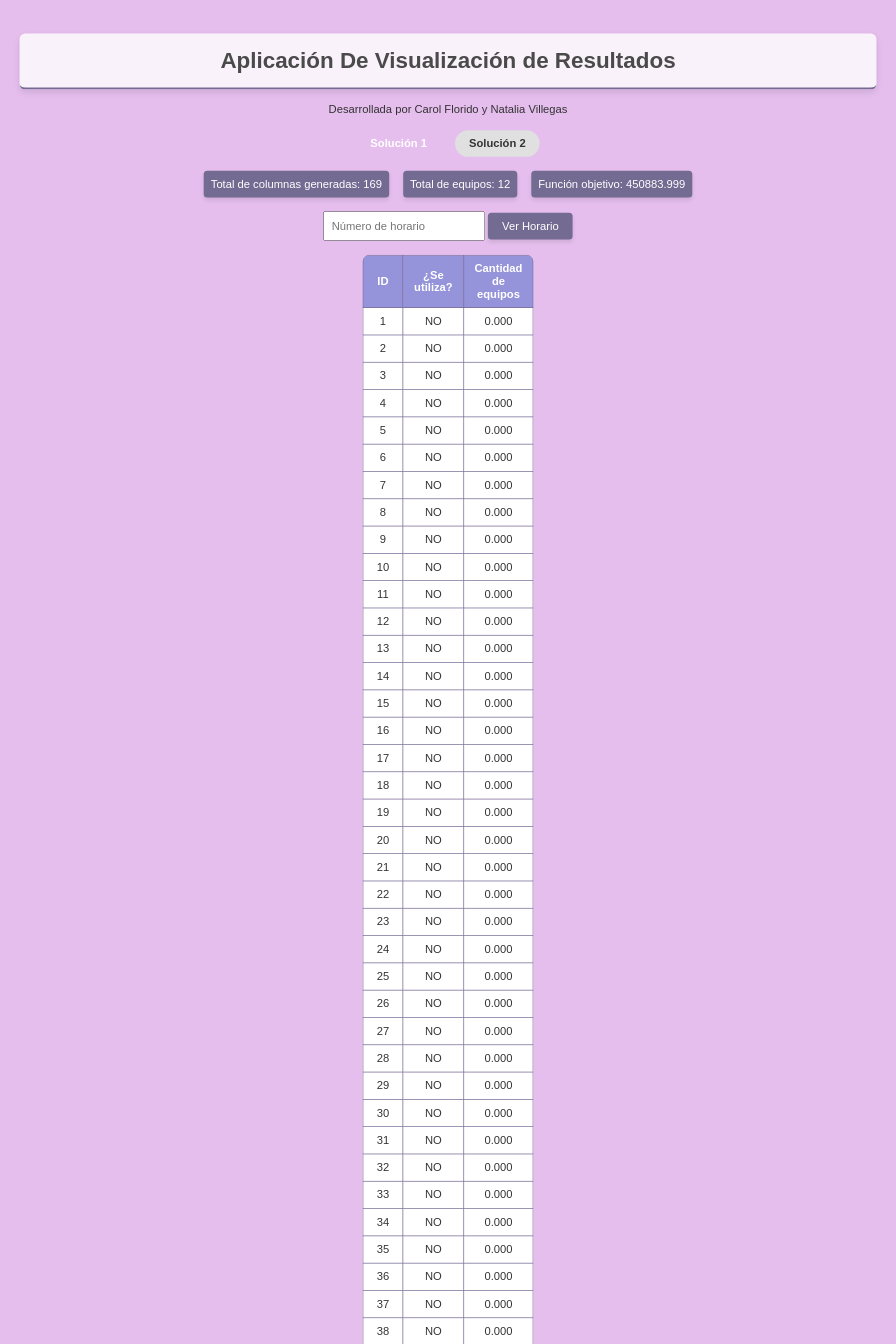
Repository: cflorido/Front_T3
Page: index.html
The author's editor kept a copy of each file at every save. The page is drawn from the files as they stood at one save, then again after the next save.
The browser window is 1280 px wide. The pictures show the part of the page from y = 0 to 1920 px (the page is 7129 px tall), at 70% of full size.
The first `input` is checked.

Above is the page before, as saved 2024-10-22 23:31:39.

After the next save:
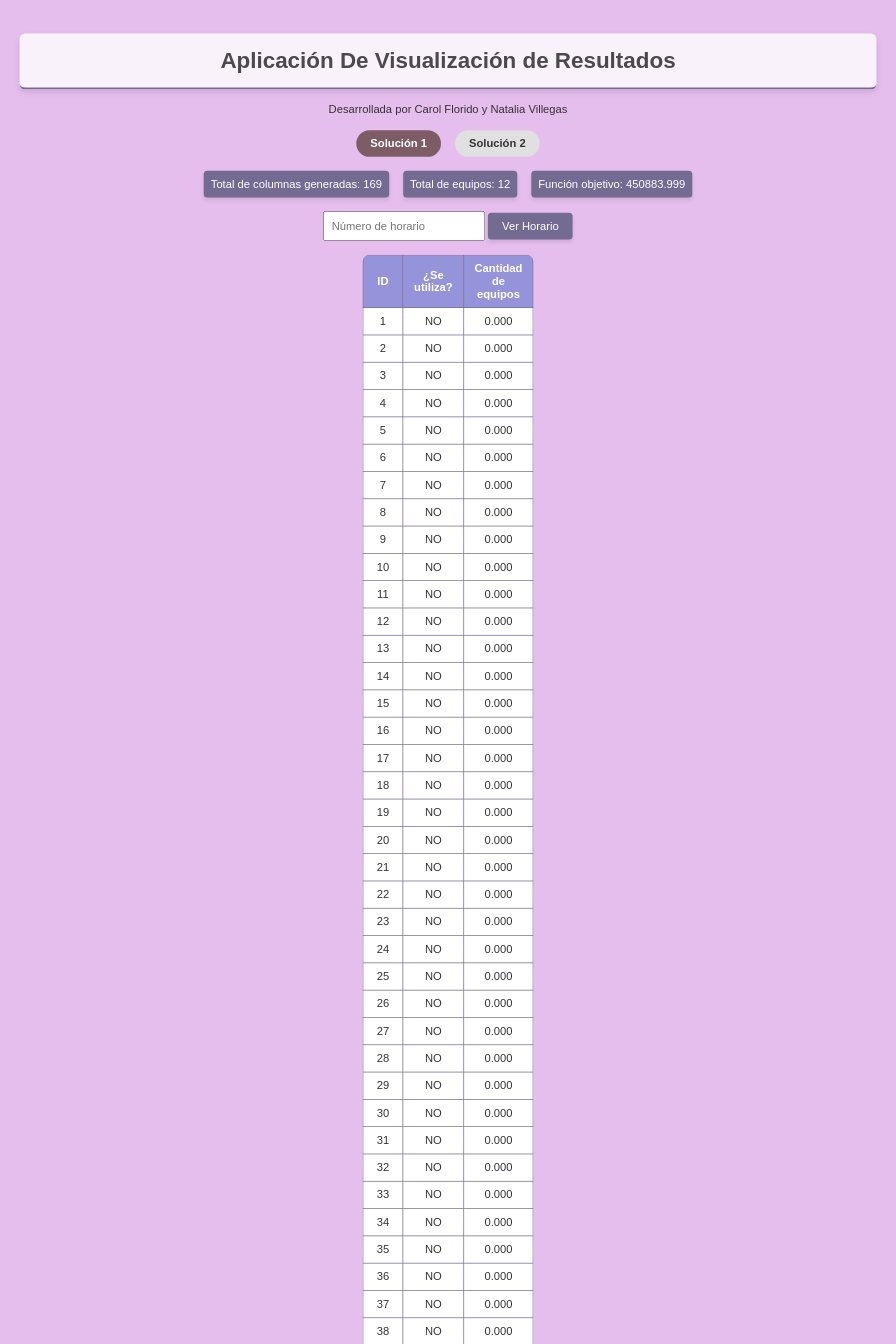
Saved 36 s later.
--- a/index.html
+++ b/index.html
@@ -147,7 +147,7 @@
         }
 
         input:checked + .switch-label {
-            background-color: #E5BEED; /* Color de la opción seleccionada */
+            background-color: #7D5C65; /* Color de la opción seleccionada */
             color: white; /* Color del texto en la opción seleccionada */
         }
 
